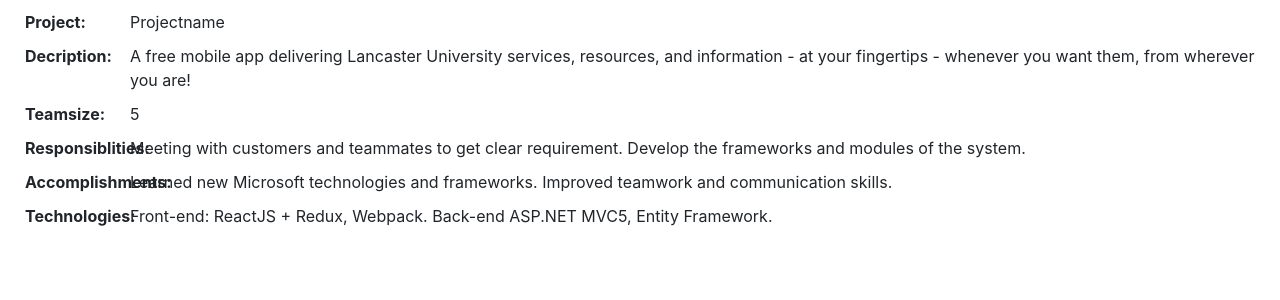
Repository: khoibanh113/mycv
Page: /
These files come from the project's save history. The page is drawn as it stood at one moment and after the next save; the edit follows.
The browser window is 1280 px wide. The pictures show the whole page.
The project was rebuilt for these pictures with package versions that can differ from the ones it lists, and the page was loaded fresh each time. Also part of the build but not shown: src/css/avatar.css, src/component/avatar.js, src/css/contact.css, src/component/contact.js, src/component/study.js.

Above is the page before, as saved 2021-03-31 11:13:56.

After the next save:
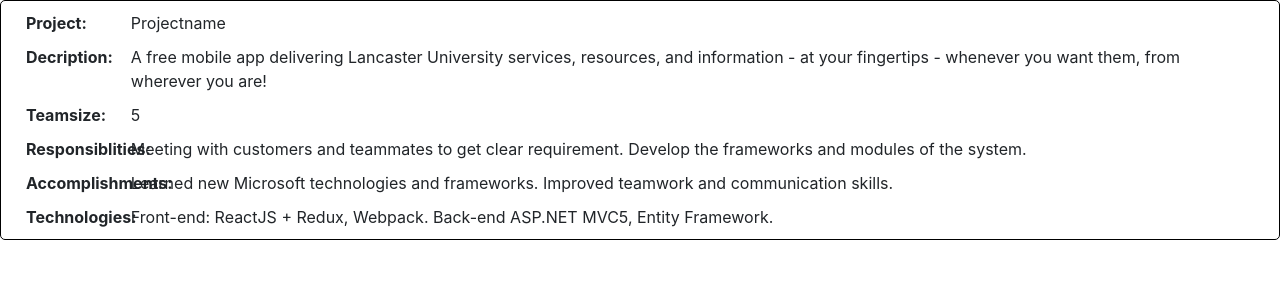
Saved 47 s later.
--- a/src/css/experience.css
+++ b/src/css/experience.css
@@ -1,3 +1,8 @@
+.container-experience{
+    max-width: fit-content;
+    border: 1px solid black;
+    border-radius: 5px;
+}
 .row-experience{
     margin: 10px;
 }
